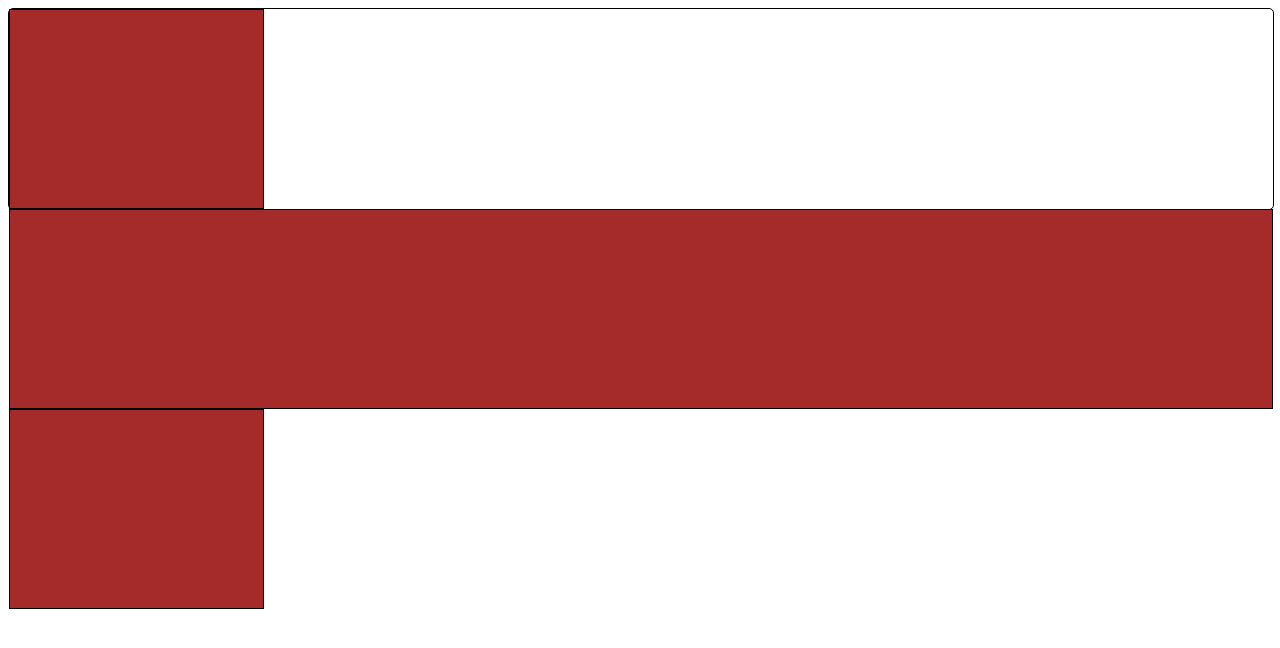
Repository: ozielms/flexbox
Page: outros/flexbox-master/index.html
The author's editor kept a copy of each file at every save. The page is drawn from the files as they stood at one save, then again after the next save.
The browser window is 1280 px wide. The pictures show the whole page.

Above is the page before, as saved 2022-04-23 03:54:07.

After the next save:
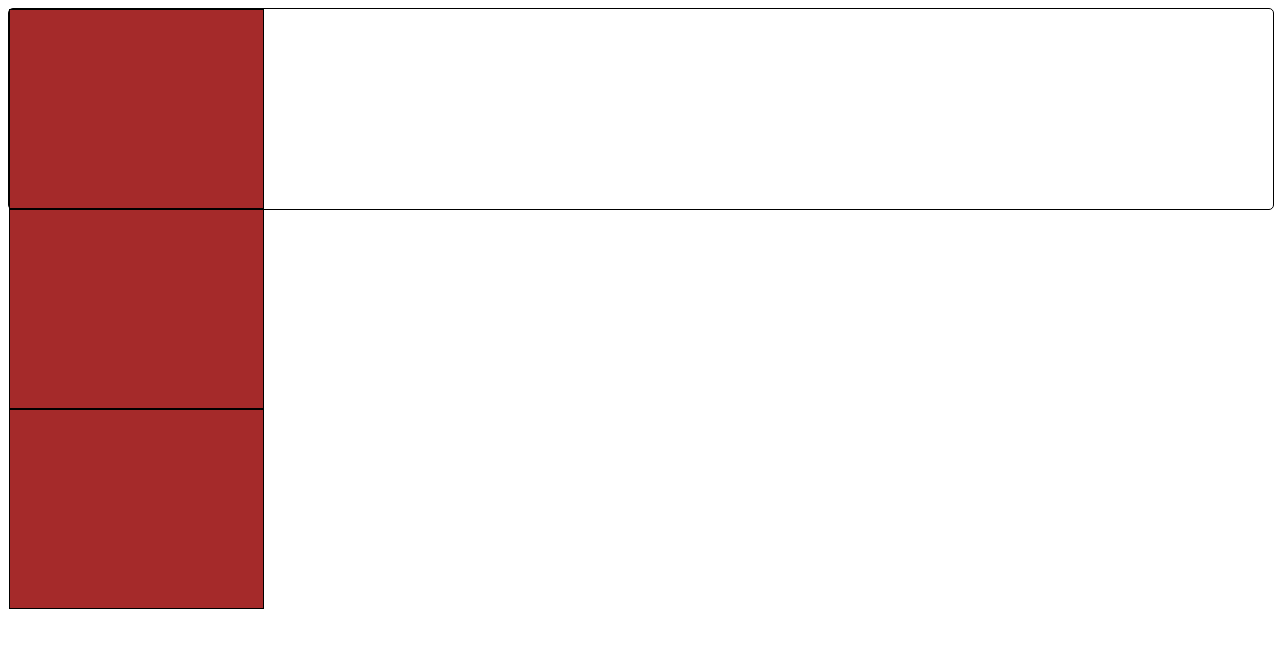
Saved 8 s later.
--- a/outros/flexbox-master/css/estilo.css
+++ b/outros/flexbox-master/css/estilo.css
@@ -13,7 +13,7 @@
 }
 
 .filho2 {
-    ] width: 20%;
+    width: 20%;
     height: 99%;
     background-color: brown;
     border: 1px solid black;
